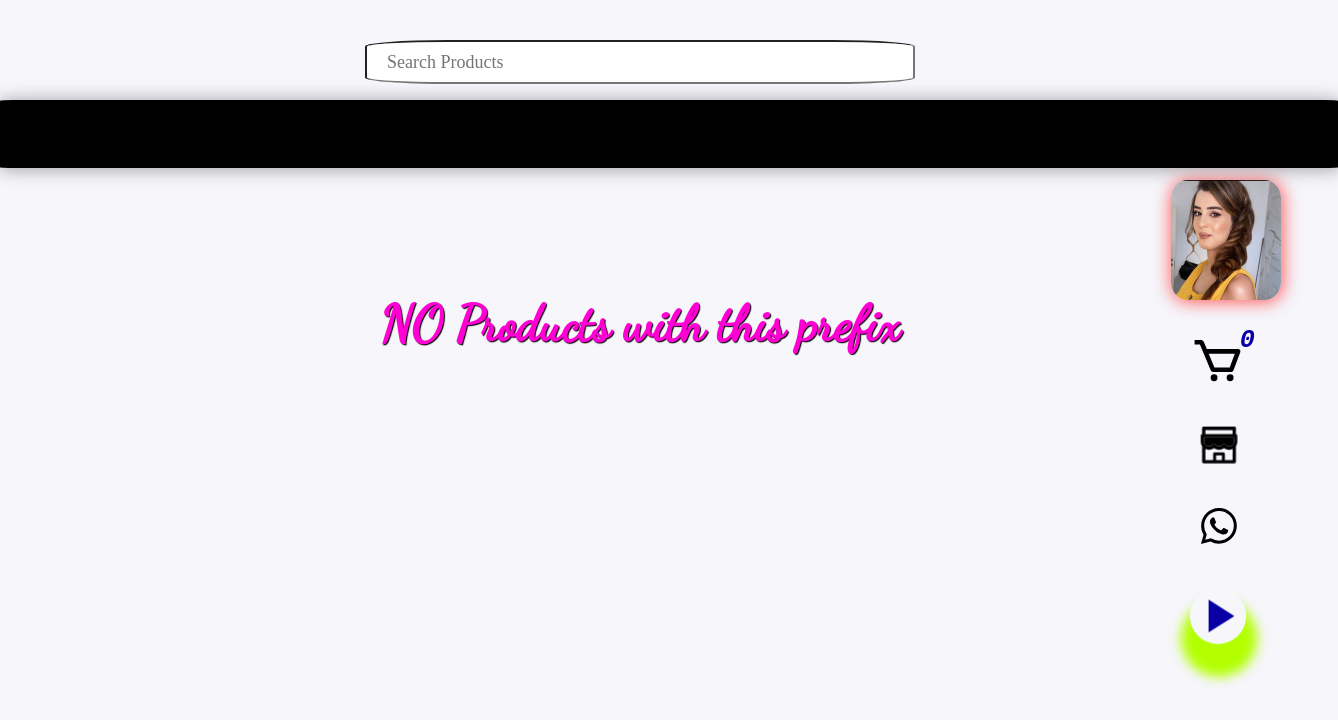
Repository: rehamAbass/BeautyCareShop
Page: /
The author's editor kept a copy of each file at every save. The page is drawn from the files as they stood at one save, then again after the next save.
The browser window is 1280 px wide. The page is 1338 px wide, so the pictures cover 1338 px, including what lies to the right of the window. The pictures show the whole page.
The pointer rests on the first visible `.btnAudio`.
The page's requests for data from a server got no answer. Some web fonts or font styles are not loaded; a fallback is used. The project was rebuilt for these pictures with package versions that can differ from the ones it lists, and the page was loaded fresh each time. No one was signed in, and anything a server would have sent is missing. Also part of the build but not shown: src/components/allProducts/prod/card.css, src/components/allProducts/prod/card.component.jsx, src/components/myCart/myCart.css, src/components/myCart/cartProduct/cartProduct.css, src/components/myCart/cartProduct/cartProduct.jsx, src/components/myCart/myCart.jsx. Imported but missing from the stored project, and not drawn on this page: src/components/header/music/ed.mp3.

Above is the page before, as saved 2022-06-08 13:33:23.

### public/index.html
<!DOCTYPE html>
<html lang="en">
  </style>
  <head>
    <meta charset="utf-8" />
    <link rel="icon" href="" />
    <meta name="viewport" content="width=device-width, initial-scale=1" />
    <meta name="theme-color" content="#000000" />
    <meta
      name="description"
      content="Web site created using create-react-app"
    />
    <link rel="apple-touch-icon" href="" />
    <link rel="manifest" href="%PUBLIC_URL%/manifest.json" />
    <link rel="preconnect" href="https://fonts.googleapis.com">
    <link rel="preconnect" href="https://fonts.gstatic.com" crossorigin>
    <link href="https://fonts.googleapis.com/css2?family=Bigelow+Rules&display=swap" rel="stylesheet">
    <link rel="preconnect" href="https://fonts.googleapis.com">
    <link rel="preconnect" href="https://fonts.gstatic.com" crossorigin>
    <link href="https://fonts.googleapis.com/css2?family=Bigelow+Rules&family=Dancing+Script&display=swap"
      rel="stylesheet">
    <title color:'purble'>BeautyShop💄</title>
  </head>
  <body>

    <div id="root"></div>
  </body>
</html>

<!--
  <video id="video1" loop="" muted="" src="https://prod-streaming-video-msn-com.akamaized.net/aa5cb260-7dae-44d3-acad-3c7053983ffe/1b790558-39a2-4d2a-bcd7-61f075e87fdd.mp4"></video>

 -->

### src/App.js

// import React from 'react'
import CardList from './components/allProducts/card-list.component';
import SearchBox from './components/search-box/search-box.component';
import './App.css'
import axios from "axios";
import React, { Component } from "react";
import Header from './components/header/header.component.jsx'
import { useState, useEffect } from 'react';
import Cart from './components/myCart/myCart.jsx'

const App = () => {
  const [products, setProducts] = useState([]);
  const [cartProducts, setCartProducts] = useState([]);
  const [filteredProducts, setFilteredProducts] = useState(products);
  const [searchString, setSearchString] = useState('');
  const [showCart, setShowCart] = useState(false);
    const [cartCounter, setCartCounter] = useState(0);
      const [Sum, setSum] = useState(0);
      const [imgs, setImgs] = useState([])

  //==========================================================================
  const   getDataFromDB= async ()=> {
    const response = await axios.get("http://localhost:8000/products/");
    setCartProducts(response);
  }
  //===========================================================
  const deleteProd = async (id) => {
    let response = await axios.delete(
      `http://localhost:8000/product/${id}`
    );
  }
  //=============================================================
  const saveProd = async (p) => {
    const response = await axios.post(
      "http://localhost:8000/product",p
    );
  }

   const  updateProd = async (p) => {
    const response = await axios.put(
      "http://localhost:8000/product",p
    );
  }
  //============================================================================
  useEffect(() => {
    fetch('http://makeup-api.herokuapp.com/api/v1/products.json?brand=maybelline')
      .then((res) => res.json())
      .then((users) => {
          users = users.map(user => (
         {id:user.id,
         name:user.name,
         brand:user.brand,
         price:user.price,
        image_link:user.image_link,
         product_link:user.product_link,
         description:user.description,
        rating:user.rating,
         product_type:user.product_type,
          product_api_url:user.product_api_url,
          product_colors:user.product_colors,
        amount:0
         }))


         getDataFromDB();
        setFilteredProducts(users);
        setProducts(users);
        setImgs(users.map((u)=>(u.image_link)));
      })
  }, []); // it runs only one time - no need to call it in each render because [] is empty !!
  //=========================================================================================
  useEffect(() => {
    let filteredgroup = products.filter((p) => p.name.toLowerCase().includes(searchString));
    setFilteredProducts(filteredgroup);
  }, [products, searchString])

  //========================================================================================
  const onSearchChanged = (event) => {
    let input = event.target.value.toLowerCase();
    setSearchString(input);
  }
  //=========================================================================================
  const addProduct=(product)=>{
        let updatePro = cartProducts.filter(p=> p.id === product.id);
     if(updatePro.length>0){
       // it means that YES the product exists before in Cart! just increase the amount of it:
       updatePro = updatePro[0];
       updatePro.amount +=1;
        let newarray = cartProducts.map(p=>( p.id === product.id ? updatePro:p )) ;
        setCartProducts(newarray);
     }else{
        let newProductToAdd = {...product, amount:1};
         setCartProducts([...cartProducts,newProductToAdd ]);
         saveProd(product);
         updateProd();
     }

      }
  //=================================================================================
  //    ,
  const deleteProduct = (product) => {
    let newArr = cartProducts.filter(p => p.id !== product.id);
    setCartProducts(newArr);
    deleteProd(product.id);
  }
 //===================================================================================
   const decreaseProduct=(product)=>{

     if(product.amount >1){
       let update = product;
       update.amount -=1;
        let newarray = cartProducts.map(p=>(p.id === product.id ? update:p )) ;
     setCartProducts(newarray);
     }else{ // amount was  === 1
        let newArr = cartProducts.filter(p=> p.id !== product.id);
         setCartProducts(newArr);
     }
      }
 //===================================================================================
useEffect(()=>{
  console.log("useEffect, cartProduct changes, so counter changes");
  let all =0;
  let summ=0;
  for(let p of cartProducts){
     all = all+p.amount;
    summ = summ+ (p.amount * p.price);
}
    setSum(summ);
    setCartCounter(all);
},[cartProducts]);

//====================================================================================
  useEffect(()=>{
    console.log("open Cart = ",showCart);
  },[showCart])
 //=========================================================================================
const HandleCart =(val)=>{
  setShowCart(val);
}
 const handleSumCount = ()=>{
  setSum(0);
  setCartProducts([]);
  setCartCounter(0);

 }
 //=========================================================================================
  return (
    <div className="App">
      <header className="App-header">
        <Header counter ={cartCounter}
        imgs={imgs}
        handleCart = {HandleCart}/>
        {showCart === false &&
          <div>
           <SearchBox
          className='search-box2'
          searchHandler={onSearchChanged}
          group={filteredProducts}
        />
            <CardList
              group={filteredProducts}
               addProduct={addProduct} />
        </div>

        }
          {(showCart === true) &&
            <Cart sum ={Sum} group={cartProducts}
           addProduct={addProduct}
            deleteProduct={deleteProduct}
            decreaseProduct={decreaseProduct}
              handleSumCount={handleSumCount}
            />
          }
      </header>
    </div>
  )
}

export default App;

### src/components/allProducts/card-list.component.jsx

import './card-list.css'
import Card from './prod/card.component'
import React from 'react'

const CardList = ({ group ,addProduct}) => {
    return (
        <div className='card-list'>
            {group.map((p,i) =>
                (
                    <Card
                    key={i}
                    product={p}
                     addProduct={addProduct}/>
                )
            )
            }
        </div >

    )
}

export default CardList;

### src/components/search-box/search-box.component.jsx

import React from 'react'
import './search-box.css'


const SearchBox = ({ className, placeholder, searchHandler, group }) => {

    return (
        <div className='search-box'>
            <input
                className={className}
                type='search'
                placeholder='Search Products'
                onChange={searchHandler}
                style={{
                     fontStyle:'unset', fontStretch: 'extra-expanded'
                , fontSize:'large', borderRadius:'15%'}}
            />
            {group.length === 0 ?
                <div className='alert2'> NO Products with this prefix </div> : ''}
        </div>
    )
}


export default SearchBox;

### src/App.css
body {
  margin: 0;
  padding: 0;
  font-family: -apple-system, BlinkMacSystemFont, 'Segoe UI', 'Roboto', 'Oxygen',
    'Ubuntu', 'Cantarell', 'Fira Sans', 'Droid Sans', 'Helvetica Neue',
    sans-serif;
    background-color:rgba(192, 190, 228, 0.135);
  -webkit-font-smoothing: antialiased;
  -moz-osx-font-smoothing: grayscale;
  text-align: center;
}



















/* -------------------------------------------------------------------------------------- */

/* .App {
  text-align: center;
}

.App-logo {
  height: 40vmin;
  pointer-events: none;
}

@media (prefers-reduced-motion: no-preference) {
  .App-logo {
    animation: App-logo-spin infinite 20s linear;
  }
}

.App-header {
  background-color: #2d5cba;
  min-height: 100vh;
  display: flex;
  flex-direction: column;
  align-items: center;
  justify-content: center;
  font-size: calc(10px + 2vmin);
  color: white;
}

.App-link {
  color: #61dafb;
}

@keyframes App-logo-spin {
  from {
    transform: rotate(0deg);
  }
  to {
    transform: rotate(360deg);
  }
}

*/

### src/components/header/header.component.jsx
import React from 'react'
import './header.css'
import Music from './music/music.component';
import fatme from './fatme.jpeg'
import CartIcon from './cartIcon/cartIcon.component';
import {BsWhatsapp} from 'react-icons/bs'
import {AiTwotoneShop} from 'react-icons/ai'

const Header = ({counter,imgs, handleCart}) => {
    return (
        <div className='headClass'>
        <div className='imgs'>
            {imgs.map((link, i) => (
               (i<10)&&
                <img
                key={i}
                src={link} alt='prod' />
            ))}
        </div>
            <img className='myImg' src={fatme} alt='me'
            />
               <CartIcon
            counter={counter}
             handleCart={handleCart}
            />
            <AiTwotoneShop
            className='goHome'
                onClick={() => {
                     handleCart(false)}}
            />
            <h4 className='title' >
                <marquee direction='left' loop='2' >Fatima Beauty Care Shop</marquee>
            </h4>


            <Music />


            <a  className='whatsApp'  aria-label="whats"
                target="_blank" rel="noopener"
                href="https://api.whatsapp.com/send?phone=972543656019&text=hello%20Fatima%20from%20your%20BeautyCareShop%20Website%20💄"
              >
              <BsWhatsapp/>
            </a>
        </div>
    )
}

export default Header;

### src/components/allProducts/card-list.css
.card-list {
     width: 1000px;
    margin-left: 9%;
    display: grid;
    grid-template-columns: 10fr 10fr;
    /* grid-gap: 1%; */
    margin-top: 5%;
    margin-bottom:15%;
}

### src/components/search-box/search-box.css
.search-box {
    padding: 10px;
}

.alert2 {
    margin-top: 150px;
    text-align: center;
    padding: 40px;
    color: rgb(255, 0, 212);
    font-size: 50px;
    font-stretch: extra-expanded;
    font-family: 'Dancing Script';
    font-weight: bolder;
    text-shadow: 1px 1px  1px rgb(0, 0, 0);
    transform: scale(1);
}

.search-box2 {
    width: 550px;
    height: 37px;
    margin-top: 9;
    padding: 20px;
    line-height: 30px;
    margin-bottom: 20px;
    color: rgb(0, 0, 0);
    font-weight: 400;
    font-family:serif;

}

### src/components/header/header.css
.title {
    width: 110%;
    position: relative;
    font-size: 46px;
    font-weight: bolder;
    font-family: 'Dancing Script';
 color:rgb(251, 251, 251);
    font-stretch: extra-expanded;
    /* text-shadow: 11px 1px 11px rgb(255, 0, 123); */
    background-color: rgb(0, 0, 0);
     box-shadow: 1px 1px 17px 1px rgba(135, 134, 135, 0.74);
     margin-top: 40px;
     border-radius:1%;
}
.imgs{
    width: 110%;
    position: relative;
    height:60px;
     margin-top: 0px;
}
.goHome{
    color:rgb(0, 0, 0);
     position:fixed;
    margin-left: 47%;
    margin-top:376px;
     transform: scale(2.6);
}
.goHome:hover{
    color:rgb(8, 0, 165);
    transform:scale(3);
}
.whatsApp{
    color:rgb(0, 0, 0);
     position:fixed;
    margin-left: 47%;
    margin-top:290px;
     transform: scale(2);
}
.whatsApp:hover{
  color:rgb(8, 0, 165);

   }
.myImg{
    position:fixed;
    margin-left: 44%;
    margin-top:120px;
    width: 110px;
  height: 120px;
    box-shadow: 1px 1px 17px 1px rgb(255, 88, 88);
    border-radius:15%;
}

.headClass {
    border-radius: 12%;
    width: 95%;
    height: 30px;
    font-size: large;
    /* font-weight: 700; */
    font-style: italic;

}

### src/components/header/music/music.component.jsx
import './music.css'
import { useState, useEffect } from 'react'
import { MdPlayArrow, MdPause } from 'react-icons/md'
import  React  from 'react'
import ed from "./ed.mp3";

const aud = new Audio(ed);

const Music = () => {
    const [flagPlaying, setIsActive] = useState(false);
    const handleClick = (value) => {
        setIsActive(value);
        if (value === true) {
            aud.loop = true;
            aud.play();
        } else {
            aud.pause();
            aud.loop = false;
        }
    }

    return (<div className='myAudio'>
        {(flagPlaying === false) &&
            <MdPlayArrow
                className='btnAudio'
                onClick={() => {
                    if (flagPlaying === false) {
                        handleClick(true);
                    }
                }}
            />
        }
        {(flagPlaying === true) &&
            <MdPause
                className='btnAudio'
                style={{color:'black'}}
                onClick={() => {
                    if (flagPlaying === true) {
                        handleClick(false);
                    }
                }}
            />
        }
    </div>
    )
}


export default Music;

### src/components/header/cartIcon/cartIcon.component.jsx
import React from 'react'
import './cart.css'
import { BiCart } from "react-icons/bi";


const CartIcon = ({ counter,handleCart}) => {

    return (
        <div className='cart-container'>
            <span className='counter'>{counter}</span>
            <BiCart
                    className='cartIcon'
                    onClick={() => {
                      handleCart(true);
                     }}
                />
        </div>
    )
}
export default CartIcon;

### src/components/header/music/music.css
.myAudio {}

.btnAudio {
    width:  50px;
    height: 50px;
    position:fixed;
    margin-left: 45.7%;
    margin-top: 362px;
    color:rgb(0, 0, 0);
    border-radius: 90%;
}

.btnAudio:hover {
   color : rgb(8, 0, 165);
    transform: scale(1.125);
    box-shadow: 1px 20px 10px 9px  rgb(179, 255, 0);
}

### src/components/header/cartIcon/cart.css
.cartIcon{
     position:fixed;
    width:55px;
    height:55px;
    color:rgb(0, 0, 0);
    margin-top:1%;
    /* transform: translateZ(-1);
    transition: transform 0.25s ease-out; */
}
.cartIcon:hover{
    transform:scale(1.12);
    color:rgb(8, 0, 165);
}
.cart-container{
    position:fixed;
    margin-left: 93%;
    margin-top: 260px;
}
.cart-container:hover{
    color:rgb(0, 0, 0);
 /* transform: scale(1); */
 cursor: pointer;
}
.counter{
    font-size:large;
    font-family:'Courier New', Courier, monospace;

    color:rgb(8, 0, 165);
    font-weight:bolder;
    text-align: right;
      transform: scale(1.4);
    text-shadow: 2px 2px 12px 12px rgb(0, 0, 0);
    position: fixed;
    margin-left: 4%;
    margin-top:0.8%;
}

Loaded but not shown: src/index.js (common file); src/index.css (common file); public/manifest.json (common file)

After the next save:
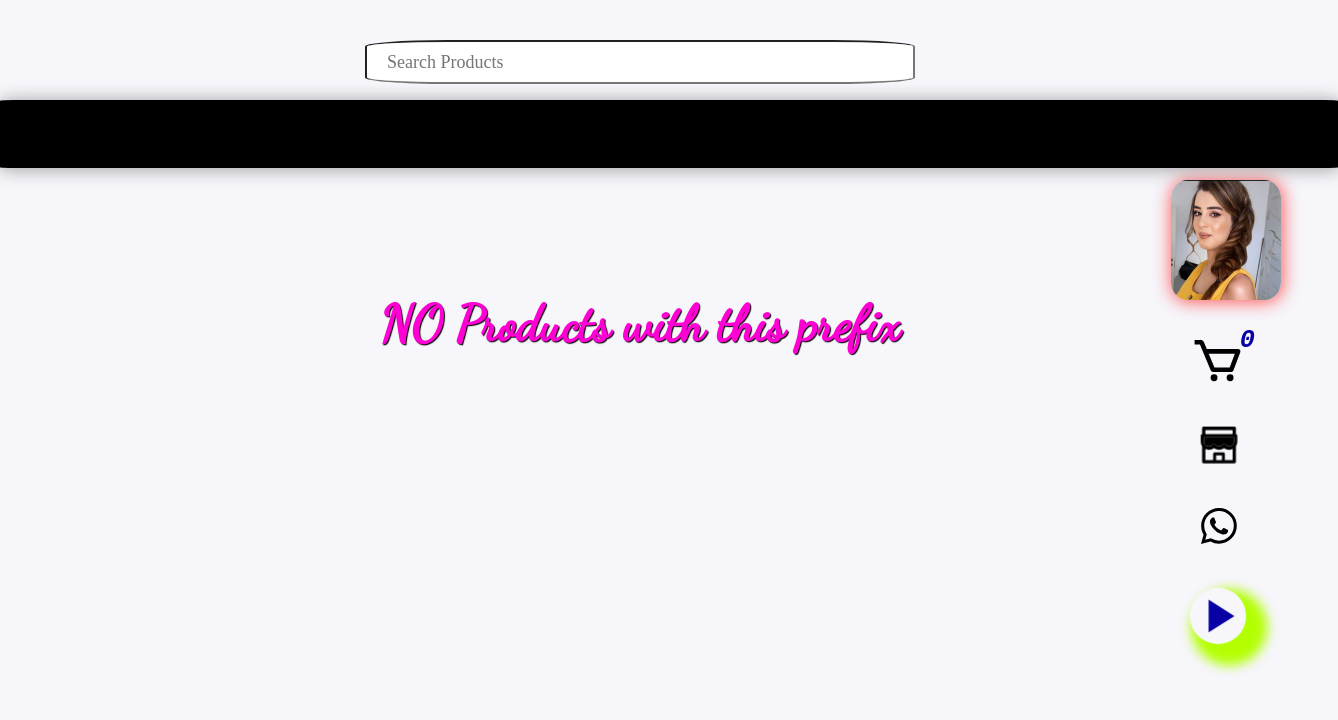
Saved 14 s later.
--- a/src/components/header/music/music.css
+++ b/src/components/header/music/music.css
@@ -13,5 +13,5 @@
 .btnAudio:hover {
    color : rgb(8, 0, 165);
     transform: scale(1.125);
-    box-shadow: 1px 20px 10px 9px  rgb(179, 255, 0);
+    box-shadow: 10px 10px 10px 9px  rgb(179, 255, 0);
 }
